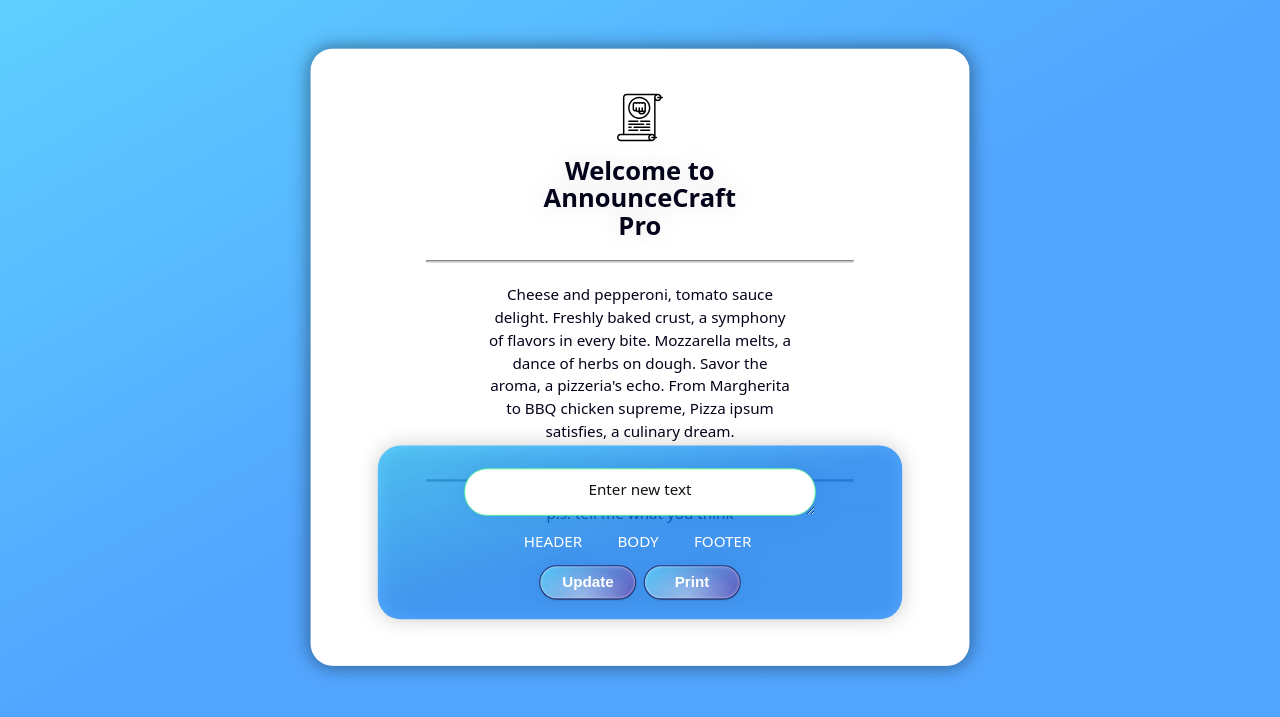
Repository: Freezler/AnnounceCraft
Page: index.html
These files come from the project's save history. The page is drawn as it stood at one moment and after the next save; the edit follows.
The browser window is 1280 px wide. The pictures show the whole page.

Above is the page before, as saved 2024-01-22 21:40:32.

After the next save:
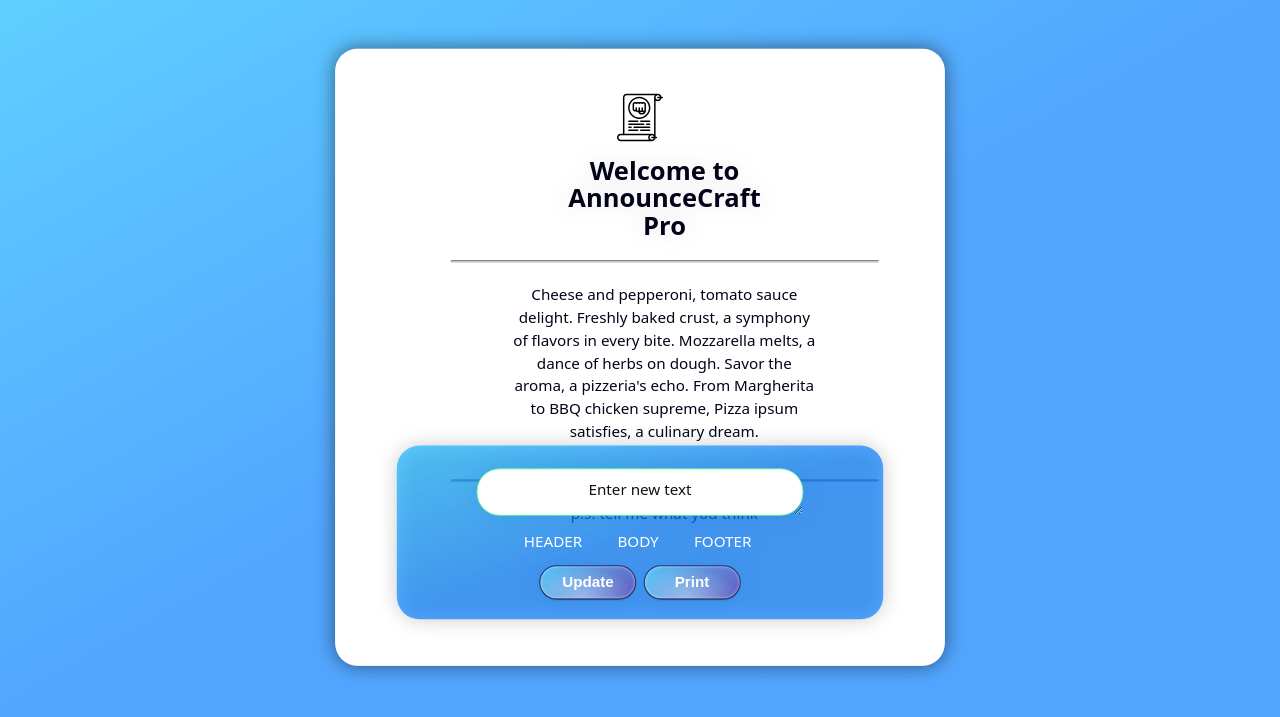
Saved 48 s later.
--- a/style.css
+++ b/style.css
@@ -64,7 +64,7 @@ section {
     border: 1px solid transparent;
     border-radius: var(--radius);
     padding: 0;
-    max-width: 54vw;
+    max-width: 50vw;
     background-color: var(--white);
     text-align: center;
     position: absolute;
